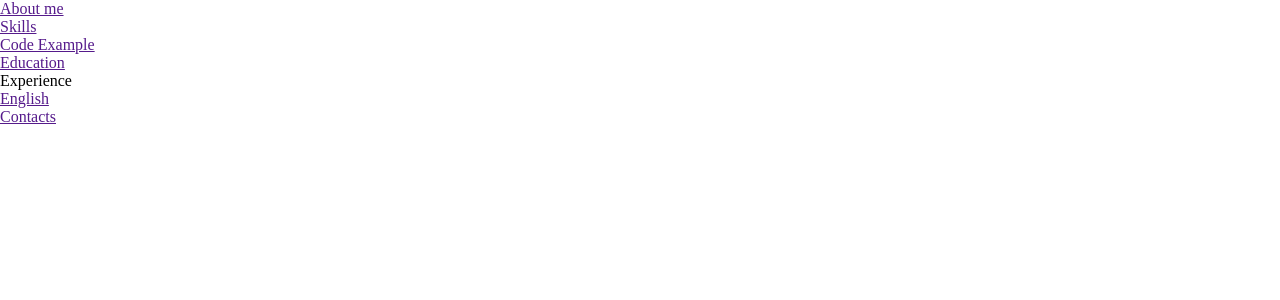
Repository: JonniRed/rsschool-cv-past
Page: index.html
These files come from the project's save history. The page is drawn as it stood at one moment and after the next save; the edit follows.
The browser window is 1280 px wide. The pictures show the whole page.

Above is the page before, as saved 2023-11-28 16:45:22.

After the next save:
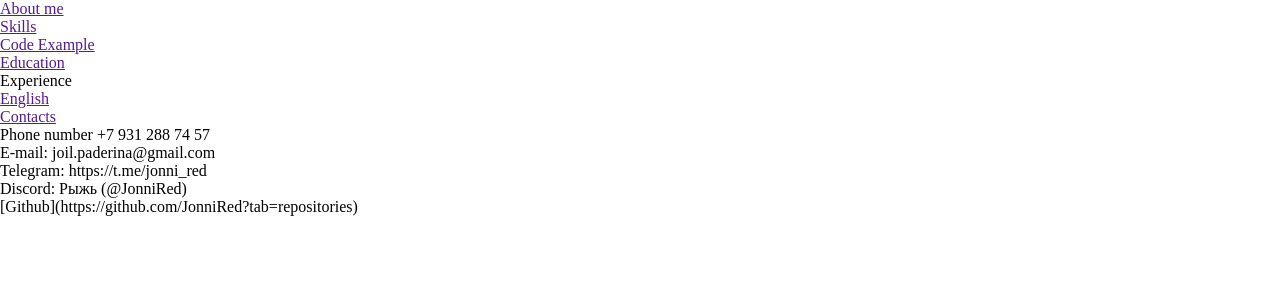
Saved 3 min 58 s later.
--- a/index.html
+++ b/index.html
@@ -23,7 +23,21 @@
         </nav>
     </header>
     <main class="main">
-
+        <section class="about-me">
+            <ul class="contacy-ul">
+                <li>Phone number +7 931 288 74 57</li>
+                <li>E-mail: joil.paderina@gmail.com</li>
+                <li>Telegram: https://t.me/jonni_red</li>
+                <li>Discord: Рыжь (@JonniRed)</li>
+                <li>[Github](https://github.com/JonniRed?tab=repositories)</li>
+            </ul>
+        </section>
+        <section class="skill"></section>
+        <section class="code"></section>
+        <section class="edu"></section>
+        <section class="experience"></section>
+        <section class="english"></section>
+        <section class="contact"></section>
     </main>
     <footer class="footer"></footer>
 </body>
